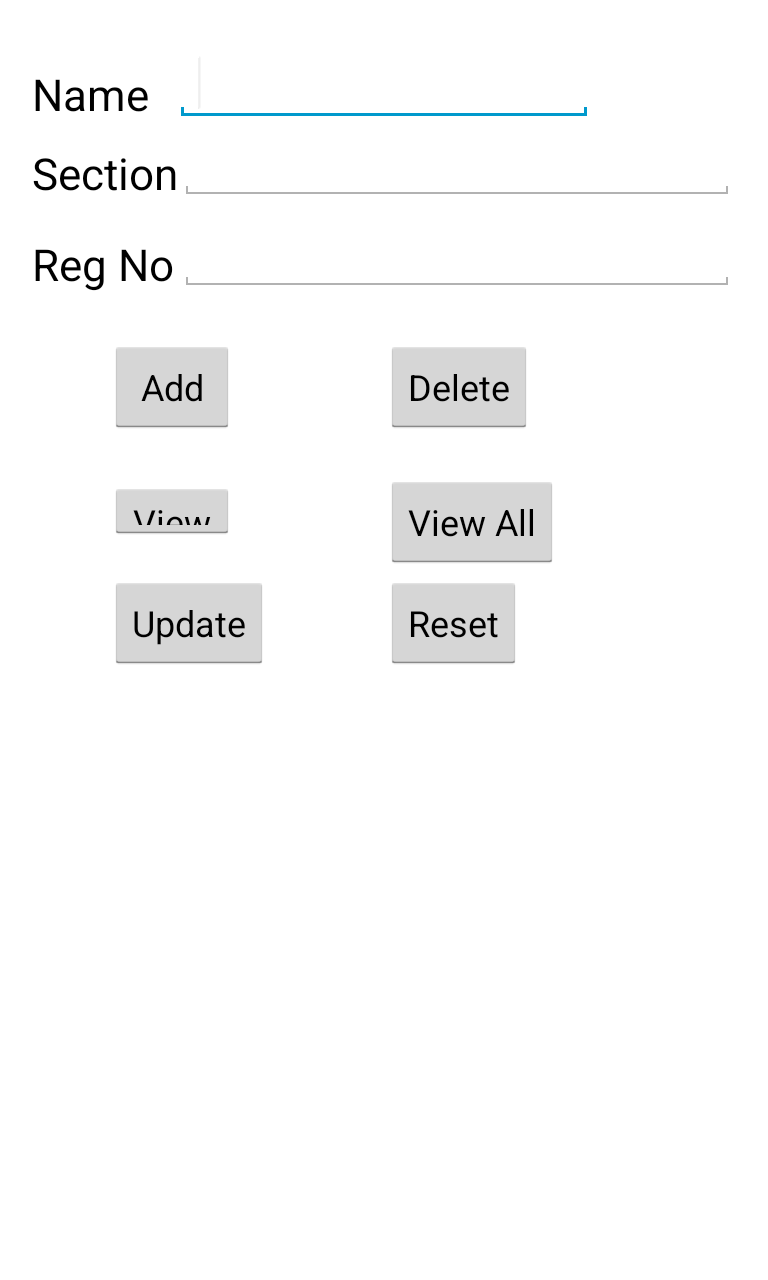
Repository: vinothknr1/aamec-mad-lab
Layout: Ex-4-Database-App/res/layout/activity_main.xml
The author's editor kept a copy of each file at every save. The layout is drawn from the files as they stood at one save, then again after the next save.
It is drawn on a 768 x 1280 px phone screen (xhdpi) without system bars, with theme AppTheme; the app's code is not run.

Above is the layout before, as saved 2022-04-19 08:59:08.

After the next save:
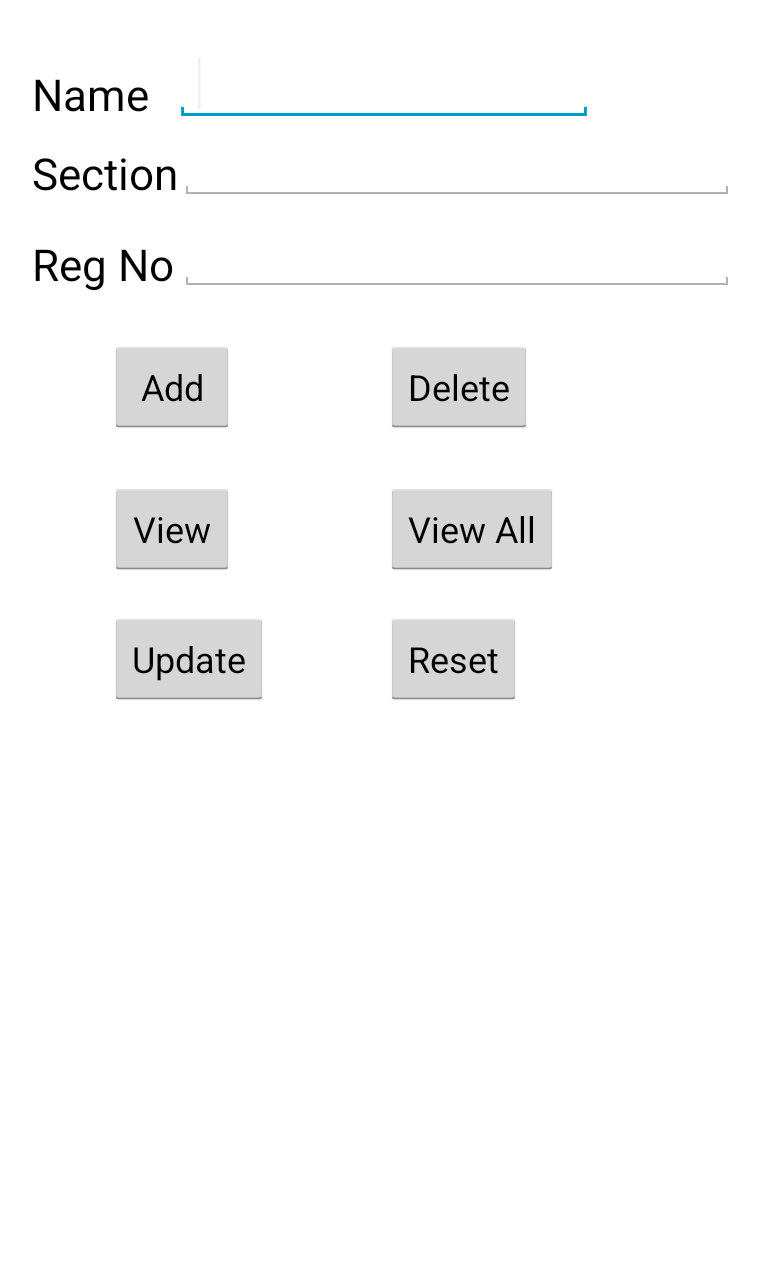
Saved 2 min 30 s later.
--- a/Ex-4-Database-App/res/layout/activity_main.xml
+++ b/Ex-4-Database-App/res/layout/activity_main.xml
@@ -11,7 +11,7 @@
     <Button
         android:id="@+id/button3"
         android:layout_width="wrap_content"
-        android:layout_height="30dp"
+        android:layout_height="wrap_content"
         android:layout_alignRight="@+id/button1"
         android:layout_below="@+id/button1"
         android:layout_marginTop="23dp"
